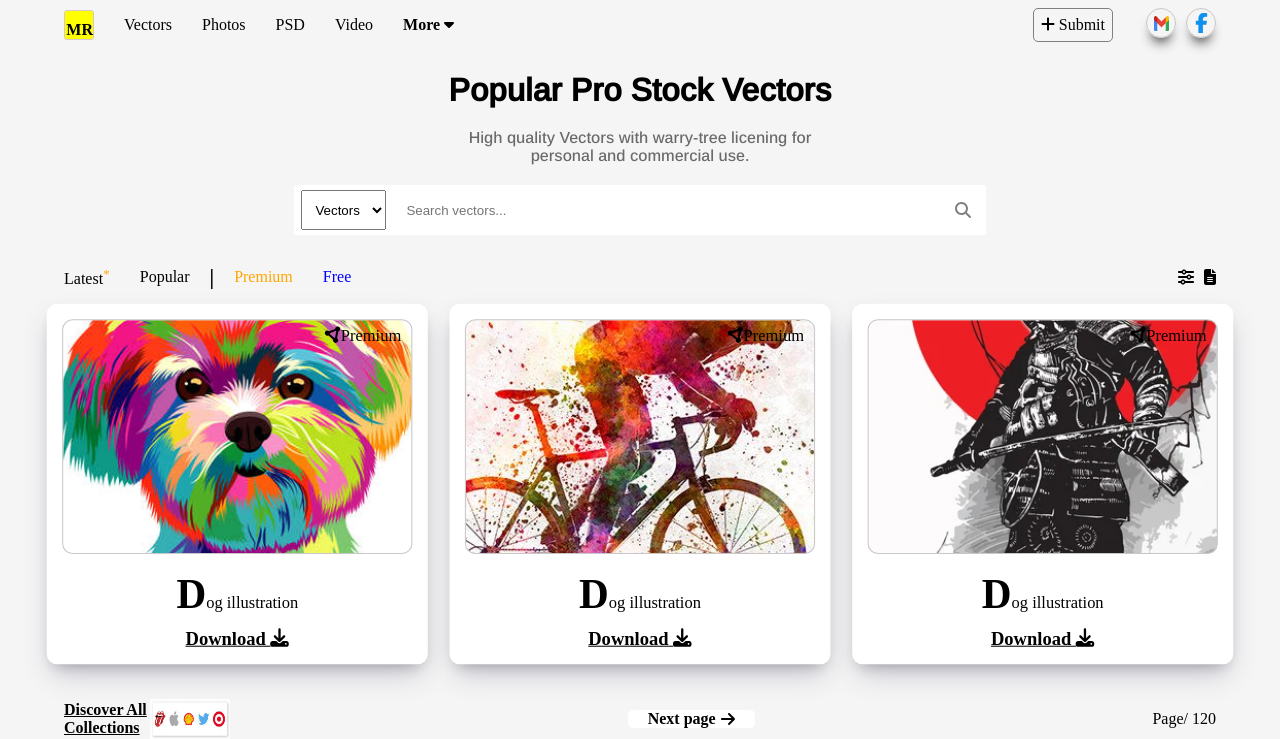
Repository: kegbaDev/VectorTemplate
Page: /
These files come from the project's save history. The page is drawn as it stood at one moment and after a run of saves; the edit follows.
The browser window is 1280 px wide. The pictures show the whole page.
The pointer rests on the first visible `.card_content`.
The project was rebuilt for these pictures with package versions that can differ from the ones it lists, and the page was loaded fresh each time. Also part of the build but not shown: vite.config.js.

Above is the page before, as saved 2023-04-14 01:23:50.

### index.html
<!DOCTYPE html>
<html lang="en">
  <head>
    <meta charset="UTF-8" />
    <link rel="icon" href="/favicon.ico" />
    <meta name="viewport" content="width=device-width, initial-scale=1.0" />
    <title>Vite App</title>
  </head>
  <body style="background-color: rgb(245, 245, 245)">
    <div id="app"></div>
    <script type="module" src="/src/main.js"></script>
  </body>
</html>

### src/main.js
import { createApp } from 'vue'
import App from './App.vue'

// fontawesome importation
import '@fortawesome/fontawesome-free/css/all.css'
import '@fortawesome/fontawesome-free/js/all.js'

createApp(App).mount('#app')

### src/App.vue
<template>
<div class="wrapper">
  <div class="navbar">
    <div class="left bounce">
      <div class="logo">MR</div>
      <ul>
        <li>Vectors</li>
        <li>Photos</li>
        <li>PSD</li>
        <li>Video</li>
        <li><span class="more" >More</span><i class="fa-solid fa-caret-down"></i></li>
      </ul>
    </div>
    <div class="right">
      <div class="submit">
        <i class="fa-solid fa-plus"></i>
        Submit
      </div>
      <div class="logo_collection">
        <div class="logo_card">
          <img src="./assets/gmail-logo-16.png" alt="google-icon" width="15px" height="15px">
        </div>
        <div class="logo_card">
          <i class="fa-brands fa-facebook-f" style="color: #1191ee; width: 25px;height: 20px;"></i>
        </div>
      </div>
    </div>
  </div>


  <!-- Second component -->


  <div class="text_section">
    <h1 class="title slideInUp">Popular Pro Stock Vectors</h1>
    <p class="paragraph slideInUp">
      High quality Vectors with warry-tree licening for <br>
      personal and commercial use.
    </p>
    <div class="input_card slideInRight">
      <select name="" id="">
        <option value="value1">Vectors</option>
        <option value="value2">Vectors</option>
      </select>
      <input type="text" placeholder="Search vectors... ">
      <i class="fa-solid fa-magnifying-glass" style="color: grey; margin-right: 15px;"></i>
    </div>
  </div>

  <!-- Third component -->

  <div class="row">
    <div class="left-row">
      <ul>
        <li>Latest<sup style="color:orange">*</sup></li>
        <li>Popular</li>
      </ul>
      <span class="pipe">
        |
      </span>
      <ul>
        <li style="color:orange">Premium</li>
        <li style="color:blue">Free</li>
      </ul>
    </div>
    <div class="right-row">
      <i class="fa-solid fa-sliders"></i>
      <i class="fa-solid fa-file-lines"></i>
    </div>
  </div>

  <!-- Fourth component  -->

  <div class="card_content slideInUp">
    <div class="main_card">
      <div class="image_and_text_space">
        <i class="fa-solid fa-circle-nodes"></i>Premium
      </div>
      <p style="margin-bottom: 10px;"><span style="text-transform: uppercase; font-weight: bolder; font-size: 40px;">D</span>og illustration</p>
      <p class="download">Download <i class="fa-solid fa-download"></i></p>
    </div>
    <div class="main_card">
      <div class="image_and_text_space2">
        <i class="fa-solid fa-circle-nodes"></i>Premium
      </div>
      <p style="margin-bottom: 10px;"><span style="text-transform: uppercase; font-weight: bolder; font-size: 40px;">D</span>og illustration</p>
      <p class="download">Download <i class="fa-solid fa-download"></i></p>
    </div>
    <div class="main_card">
      <div class="image_and_text_space3">
        <!-- <img src="./assets/154416(1).svg" width="209px" height="300px" alt=""> -->
        <i class="fa-solid fa-circle-nodes"></i>Premium
      </div>
      <p style="margin-bottom: 10px;"><span style="text-transform: uppercase; font-weight: bolder; font-size: 40px;">D</span>og illustration</p>
      <p class="download">Download <i class="fa-solid fa-download"></i></p>
    </div>
    <!-- <div class="main_card">
      <div class="image_and_text_space">
        Premium
      </div>
      <p>Dog illustration</p>
      <p class="download">Download<i class="fa-solid fa-download"></i></p>
    </div>
    <div class="main_card">
      <div class="image_and_text_space">
        Premium
      </div>
      <p>Dog illustration</p>
      <p class="download">Download<i class="fa-solid fa-download"></i></p>
    </div> -->
  </div>

  <!-- Last component -->
  <div class="last_row">
    <div class="start">
      <div class="part">
        Discover All <br>
        Collections
      </div>
      <img src="./assets/imagesfinal.jpg" alt="" style="width: 80px; height: 40px;">
    </div>
    <div class="between">
      Next page <i class="fa-solid fa-arrow-right"></i>
    </div>
    <div class="end">
      Page/ 120
    </div>
  </div>
</div>




</template>

<script setup>

</script>


<style scoped>
@import url('https://fonts.googleapis.com/css2?family=Arimo:wght@500&display=swap');
.wrapper{
  height: 100vh;
  width: 90vw;
  margin:auto;
}
*{
  padding: 0px;
  margin: 0px;
  box-sizing: border-box;
  /* font-family: 'Arimo', sans-serif; */
}
.left{
  display: flex;
  align-items: center;
}

ul{
  list-style: none;
  display: flex;
  gap: 30px;
  margin-left: 30px;
}
ul li{
  cursor: pointer;
}
.more{
  font-weight: bolder;
  padding-right: 4px;
}
.logo{
  width: 30px;
  height: 30px;
  border: 1px solid rgb(214, 201, 201);
  background-color: yellow;
  font-weight: bolder;
  display: flex;
  justify-content: end;
  align-items: end;
  border-radius: 3px;
  cursor: pointer;
}
.navbar{
  display: flex;
  justify-content: space-between;
}
.right{
  display: flex;
  gap: 3px;
}
.submit{
  border: 1px solid gray;
  padding: 7px;
  margin-right: 30px;
  border-radius: 5px;
  background-color: rgba(234, 233, 233, 0.03);
  cursor: pointer;
  transition: all 400ms ease-in-out;
}
.submit:hover{
  background-color: yellow;
  /* font-weight: bolder; */
  scale: 1.1;
}
.logo_collection{
  display: flex;
  gap: 10px;
}
.logo_card{
  width: 30px;
  height: 30px;
  border: 1px solid black;
  display: flex;
  align-items: center;
  justify-content: center;
  border-radius: 50%;
  border-color: rgb(202, 198, 198);
  -webkit-box-shadow: 0px 10px 13px -7px #000000, -2px -2px 15px 6px rgba(26,17,18,0);
  box-shadow: 0px 10px 13px -7px #000000, -2px -2px 15px 6px rgba(26,17,18,0);
  cursor: pointer;transition: all 300ms ease-in-out;

}
.logo_card:hover{
  -webkit-box-shadow: 0px 10px 13px -7px #000000, -2px -2px 15px 6px rgba(26,17,18,0);
  box-shadow: 0px 10px 13px -7px #000000, -2px -2px 15px 6px rgba(26,17,18,0);
  scale: 1.2;

}

/* Second composant */

.text_section{
  margin: 30px auto;
  text-align: center;
}
.title{
  font-family: 'Arimo', sans-serif;
  margin-bottom: 20px;
}
.paragraph{
  font-family: 'Arimo', sans-serif;
  margin-bottom: 20px;
  color: rgb(107, 106, 106);
}
.input_card{
  width: 60%;
  height: 50px;
  background-color: white;
  margin: auto;
  display: flex;
  align-items: center;
  border-radius: 2px;
}
input{
  width: 100%;
  padding-left: 20px;
  border: none;
}
input, select{
  height: 40px;
}
select{
  padding: 9px;
  margin-left: 7px;
}

/* Third component */
.row{
  display: flex;
  justify-content: space-between;
  margin-bottom: 20px;
}
.left-row ul{
  margin: 0px;
  padding: 0px;
  display: flex;
  align-items: center;
}
.left-row, .right-row{
  display: flex;
  align-items: center;
}
.pipe{
  margin: 0px 20px;
}

.pipe{
  font-weight: bolder;
  font-size: 1.3em;
}
.right-row{
  gap: 10px;
}

/* Fourth component */

.card_content{
  display: flex;
  justify-content: space-between;
  cursor: pointer;
  transition: all 400ms ease-in-out;
}
.card_content:hover{
  scale: 1.03;
}
.main_card{
  min-width: 370px;
  min-height: 350px;
  /* border: 1px solid black; */
  border-radius: 10px;
  background-color: white;
  box-shadow: rgba(50, 50, 93, 0.25) 0px 13px 27px -5px, rgba(0, 0, 0, 0.3) 0px 8px 16px -8px;
  padding-bottom: 25px;

}
.main_card p{
  text-align: center;
}
.download{
  font-weight: bolder;
  text-decoration: underline;
  font-size: large;
}
.image_and_text_space{
  padding-top: 6px;
  padding-right: 10px;
  text-align: end;
  height: 70%;
  width: 92%;
  border: 1px solid rgb(201, 199, 199);
  border-radius: 10px;
  margin: 15px auto;
  background-image: url(./assets/chien_color.jpg);
  background-repeat: no-repeat;
  background-position: center;
}
.image_and_text_space2{
  background-image: url(./assets/velo.jpg) !important;
  padding-top: 6px;
  padding-right: 10px;
  text-align: end;
  height: 70%;
  width: 92%;
  border: 1px solid rgb(201, 199, 199);
  border-radius: 10px;
  margin: 15px auto;
  background-repeat: no-repeat;
  background-position: center;
}
.image_and_text_space3{
  background-image: url(./assets/sa.webp) !important;
  padding-top: 6px;
  padding-right: 10px;
  text-align: end;
  height: 70%;
  width: 92%;
  border: 1px solid rgb(201, 199, 199);
  border-radius: 10px;
  margin: 15px auto;
  background-repeat: no-repeat;
  /* object-fit: contain; */
  background-position: center;
}

/* Animation */

.bounce {
  -webkit-animation-name: bounce;
  animation-name: bounce;
  -webkit-transform-origin: center bottom;
  -ms-transform-origin: center bottom;
  transform-origin: center bottom;
  -webkit-animation-duration: 1s;
  animation-duration: 1s;
  -webkit-animation-fill-mode: both;
  animation-fill-mode: both;
  }
  @-webkit-keyframes bounce {
  0%, 20%, 53%, 80%, 100% {
  -webkit-transition-timing-function: cubic-bezier(0.215, 0.610, 0.355, 1.000);
  transition-timing-function: cubic-bezier(0.215, 0.610, 0.355, 1.000);
  -webkit-transform: translate3d(0,0,0);
  transform: translate3d(0,0,0);
  }
  40%, 43% {
  -webkit-transition-timing-function: cubic-bezier(0.755, 0.050, 0.855, 0.060);
  transition-timing-function: cubic-bezier(0.755, 0.050, 0.855, 0.060);
  -webkit-transform: translate3d(0, -30px, 0);
  transform: translate3d(0, -30px, 0);
  }
  70% {
  -webkit-transition-timing-function: cubic-bezier(0.755, 0.050, 0.855, 0.060);
  transition-timing-function: cubic-bezier(0.755, 0.050, 0.855, 0.060);
  -webkit-transform: translate3d(0, -15px, 0);
  transform: translate3d(0, -15px, 0);
  }
  90% {
  -webkit-transform: translate3d(0,-4px,0);
  transform: translate3d(0,-4px,0);
  }
  }

  @keyframes bounce {
  0%, 20%, 53%, 80%, 100% {
  -webkit-transition-timing-function: cubic-bezier(0.215, 0.610, 0.355, 1.000);
  transition-timing-function: cubic-bezier(0.215, 0.610, 0.355, 1.000);
  -webkit-transform: translate3d(0,0,0);
  transform: translate3d(0,0,0);
  }
  40%, 43% {
  -webkit-transition-timing-function: cubic-bezier(0.755, 0.050, 0.855, 0.060);
  transition-timing-function: cubic-bezier(0.755, 0.050, 0.855, 0.060);
  -webkit-transform: translate3d(0, -30px, 0);
  transform: translate3d(0, -30px, 0);
  }
  70% {
  -webkit-transition-timing-function: cubic-bezier(0.755, 0.050, 0.855, 0.060);
  transition-timing-function: cubic-bezier(0.755, 0.050, 0.855, 0.060);
  -webkit-transform: translate3d(0, -15px, 0);
  transform: translate3d(0, -15px, 0);
  }
  90% { -webkit-transform: translate3d(0,-4px,0); transform: translate3d(0,-4px,0);
  }
}
.slideInUp {
  -webkit-animation-name: slideInUp;
  animation-name: slideInUp;
  -webkit-animation-duration: 1s;
  animation-duration: 1s;
  -webkit-animation-fill-mode: both;
  animation-fill-mode: both;
  }
  @-webkit-keyframes slideInUp {
  0% {
  -webkit-transform: translateY(100%);
  transform: translateY(100%);
  visibility: visible;
  }
  100% {
  -webkit-transform: translateY(0);
  transform: translateY(0);
  }
  }
  @keyframes slideInUp {
  0% {
  -webkit-transform: translateY(100%);
  transform: translateY(100%);
  visibility: visible;
  }
  100% {
  -webkit-transform: translateY(0);
  transform: translateY(0);
  }
}

.slideInRight {
  -webkit-animation-name: slideInRight;
  animation-name: slideInRight;
  -webkit-animation-duration: 1s;
  animation-duration: 1s;
  -webkit-animation-fill-mode: both;
  animation-fill-mode: both;
  }
  @-webkit-keyframes slideInRight {
  0% {
  -webkit-transform: translateX(100%);
  transform: translateX(100%);
  visibility: visible;
  }
  100% {
  -webkit-transform: translateX(0);
  transform: translateX(0);
  }
  }
  @keyframes slideInRight {
  0% {
  -webkit-transform: translateX(100%);
  transform: translateX(100%);
  visibility: visible;
  }
  100% {
  -webkit-transform: translateX(0);
  transform: translateX(0);
  }
  }

.slideInUp {
  -webkit-animation-name: slideInUp;
  animation-name: slideInUp;
  -webkit-animation-duration: 1s;
  animation-duration: 1s;
  -webkit-animation-fill-mode: both;
  animation-fill-mode: both;
  }
  @-webkit-keyframes slideInUp {
  0% {
  -webkit-transform: translateY(100%);
  transform: translateY(100%);
  visibility: visible;
  }
  100% {
  -webkit-transform: translateY(0);
  transform: translateY(0);
  }
  }
  @keyframes slideInUp {
  0% {
  -webkit-transform: translateY(100%);
  transform: translateY(100%);
  visibility: visible;
  }
  100% {
  -webkit-transform: translateY(0);
  transform: translateY(0);
  }
}

/* Animation */

/* last component */

.last_row{
  margin-top: 40px;
  margin-bottom: 40px;
  display: flex;
  justify-content: space-between;
  align-items: center;
}
.between{
  font-weight: bolder;
  padding: 0px 20px;
  background-color: white;
  border-radius: 5px;
  display: flex;
  justify-content: center;
  align-items: center;
  gap: 5px;
}
.start{
  display: flex;
  align-items: center;
  gap: 3px;
  text-decoration: underline;
  font-weight: bold;
}
</style>

After the next 2 saves:
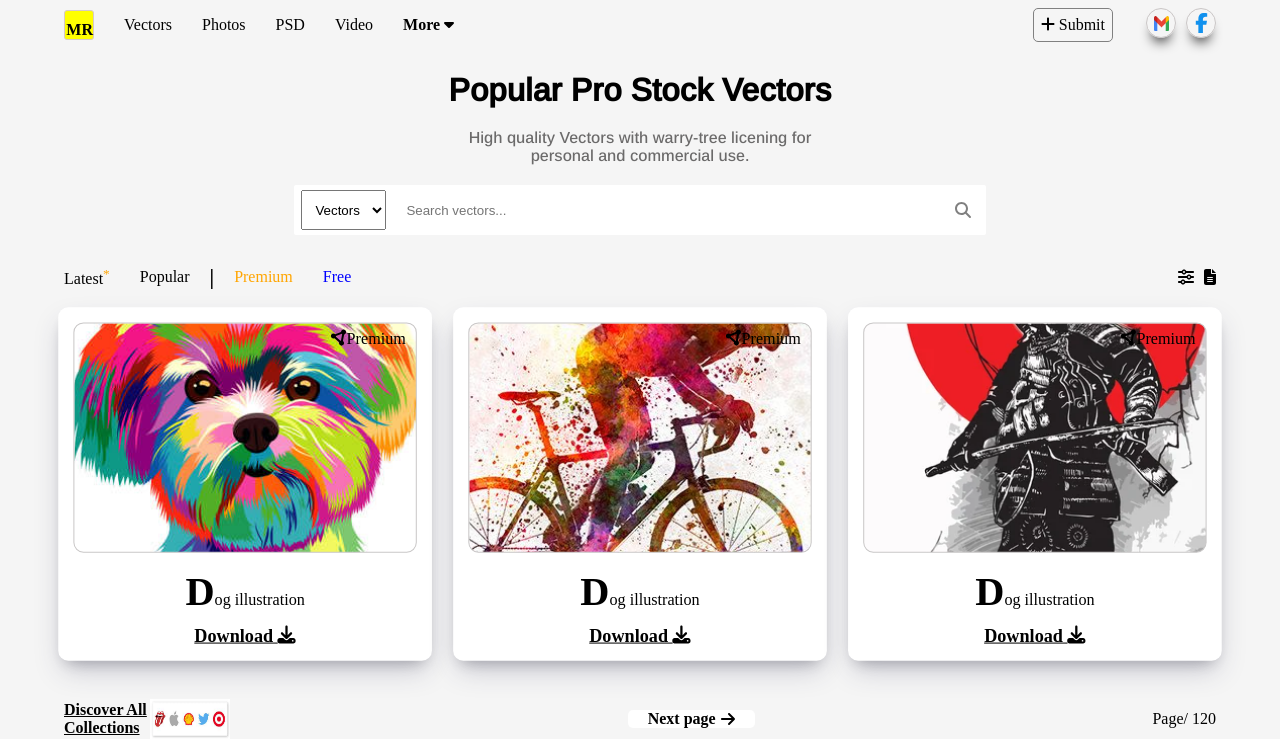
The 2 saves are shown as one change because they came seconds apart.
The last was saved 11 s later.
--- a/src/App.vue
+++ b/src/App.vue
@@ -302,7 +302,7 @@ select{
   transition: all 400ms ease-in-out;
 }
 .card_content:hover{
-  scale: 1.03;
+  scale: 1.01;
 }
 .main_card{
   min-width: 370px;
